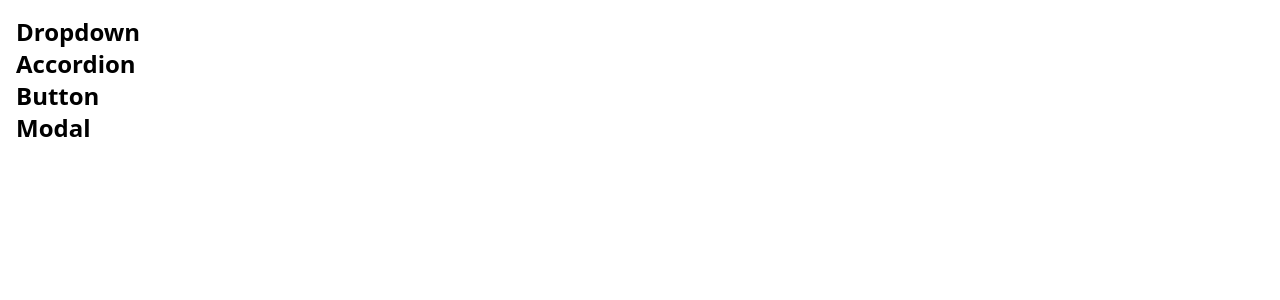
Repository: Marhamat92/reactroutefromstephen
Page: /
An editor plug-in stored every save of this project. The page is shown before and after the next save, followed by the edit.
The browser window is 1280 px wide. The pictures show the whole page.
The project was rebuilt for these pictures with package versions that can differ from the ones it lists, and the page was loaded fresh each time. Also part of the build but not shown: src/App.css, src/components/Dropdowns/DropDown.tsx, src/pages/dropdown/DropdownPage.tsx, src/components/Accordion/Accordion.tsx, src/pages/accordion/AccordionPage.tsx, src/components/Buttons/Button.tsx, src/pages/buttons/ButtonPage.tsx, src/components/Modal/Modal.tsx and 1 more.

Above is the page before, as saved 2023-01-04 12:41:17.

After the next save:
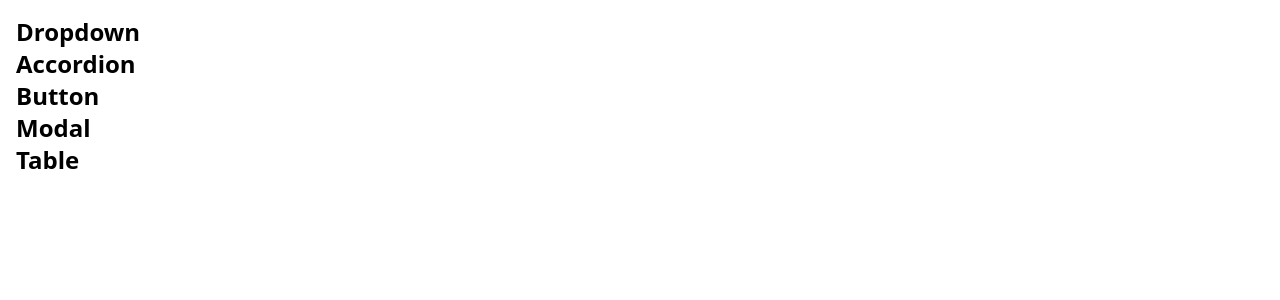
Saved 20 s later.
--- a/src/components/Sidebar/Sidebar.tsx
+++ b/src/components/Sidebar/Sidebar.tsx
@@ -9,6 +9,7 @@ function Sidebar({}: Props) {
     { to: "/accordion", label: "Accordion" },
     { to: "/button", label: "Button" },
     { to: "/modal", label: "Modal" },
+    { to: "/table", label: "Table" },
   ];
 
   const renderedLinks = links.map((link) => {
